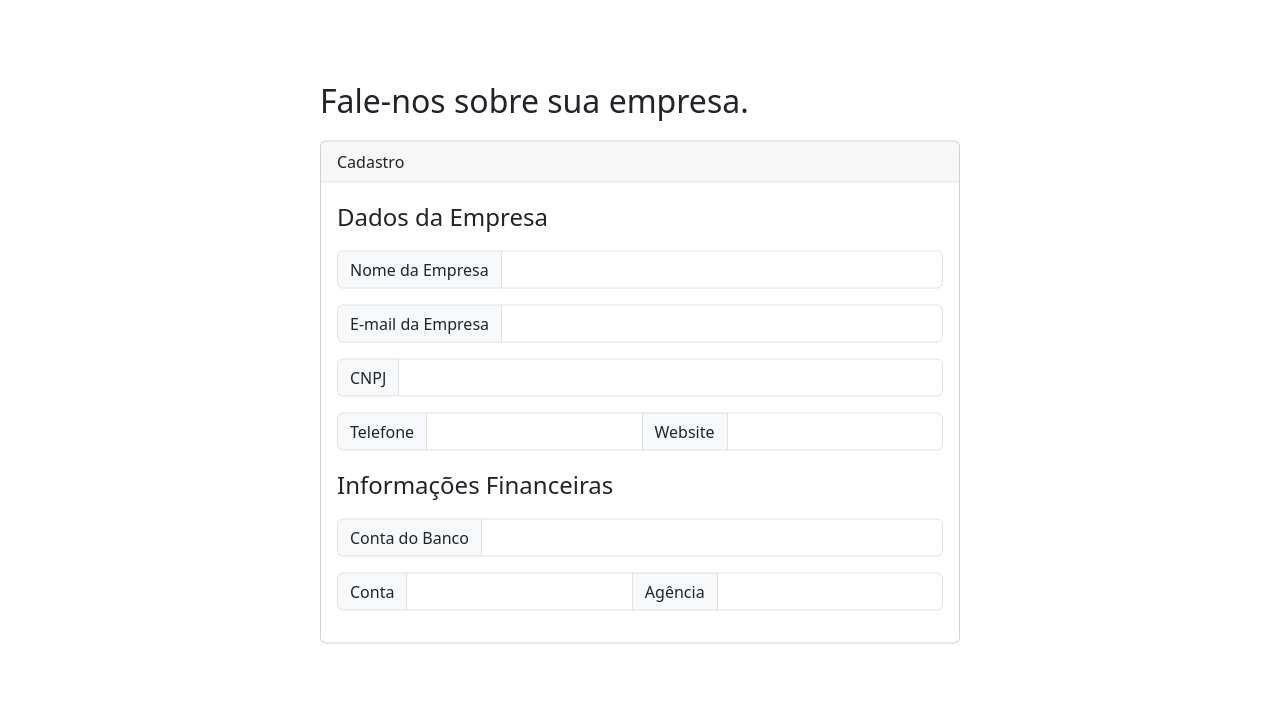
Repository: vandrecx/utilitaries
Page: http://localhost/login_archive/cadastro.php
The author's editor kept a copy of each file at every save. The page is drawn from the files as they stood at one save, then again after the next save.
The browser window is 1280 px wide. The pictures show the whole page.
The page is run by PHP 8.4 with error messages shown; the project is at /var/www/html/.

Above is the page before, as saved 2024-05-03 12:59:03.

### login_archive/cadastro.php
<?php

require_once 'Conn.php';
include 'funcoes.php';

?>

<!DOCTYPE html>
<html lang="en">
<head>
    <meta charset="UTF-8">
    <meta name="viewport" content="width=device-width, initial-scale=1.0">
    <link href="https://cdn.jsdelivr.net/npm/bootstrap@5.3.3/dist/css/bootstrap.min.css" rel="stylesheet" integrity="sha384-QWTKZyjpPEjISv5WaRU9OFeRpok6YctnYmDr5pNlyT2bRjXh0JMhjY6hW+ALEwIH" crossorigin="anonymous">
    <title>Página de Cadastro</title>
</head>
<body>
    <div style="width: 50%; justify-content: center; position: absolute; top: 50%; left: 50%; transform: translate(-50%, -50%);">
        <p class="fs-2">Fale-nos sobre sua empresa.</p>
        <div class="card">
            <div class="card-header">
                Cadastro
            </div>
            <div class="card-body">
                <p class="fs-4">Dados da Empresa</p>
                <form method="POST" action="UserSignUp.php">
                    <div class="input-group mb-3">
                        <span class="input-group-text" id="inputGroup-sizing-default">Nome da Empresa</span>
                        <input type="text" class="form-control" aria-label="Sizing example input" aria-describedby="inputGroup-sizing-default">
                    </div>
                    <div class="input-group mb-3">
                        <span class="input-group-text" id="inputGroup-sizing-default">E-mail da Empresa</span>
                        <input type="text" class="form-control" aria-label="Sizing example input" aria-describedby="inputGroup-sizing-default">
                    </div>
                    <div class="input-group mb-3">
                        <span class="input-group-text" id="inputGroup-sizing-default">CNPJ</span>
                        <input type="text" class="form-control" aria-label="Sizing example input" aria-describedby="inputGroup-sizing-default">
                    </div>
                    <div class="input-group mb-3">
                        <span class="input-group-text" id="inputGroup-sizing-default">Telefone</span>
                        <input type="text" class="form-control" aria-label="Sizing example input" aria-describedby="inputGroup-sizing-default">
                        <span class="input-group-text" id="inputGroup-sizing-default">Website</span>
                        <input type="text" class="form-control" aria-label="Sizing example input" aria-describedby="inputGroup-sizing-default">
                    </div>
                    <p class="fs-4">Informações Financeiras</p>
                    <div class="input-group mb-3">
                        <span class="input-group-text" id="inputGroup-sizing-default">Conta do Banco</span>
                        <input type="text" class="form-control" aria-label="Sizing example input" aria-describedby="inputGroup-sizing-default">
                    </div>
                    <div class="input-group mb-3">
                        <span class="input-group-text" id="inputGroup-sizing-default">Conta</span>
                        <input type="text" class="form-control" aria-label="Sizing example input" aria-describedby="inputGroup-sizing-default">
                        <span class="input-group-text" id="inputGroup-sizing-default">Agência</span>
                        <input type="text" class="form-control" aria-label="Sizing example input" aria-describedby="inputGroup-sizing-default">
                    </div>
                </form>
            </div>
        </div>
    </div>

</body>
</html>

### login_archive/Conn.php
<?php

//PDO (PHP DATA OBJECTS)

$pdo = new PDO("mysql:host=localhost; dbname=sistema; charset=UTF8", "root", ""); // REALIZA CONEXÃO COM PDO
$pdo->setAttribute(PDO::ATTR_ERRMODE, PDO::ERRMODE_EXCEPTION); // EXCEPTIONS

?>

### login_archive/funcoes.php
<?php

require_once 'Conn.php';

// FUNÇÃO RESPONSÁVEL POR SANITIZAR OS DADOS PASSADOS POR POST
function sanitizeData($input_name, $type){
    switch ($type){

        case 'text':
            return filter_input(INPUT_POST, $input_name, FILTER_SANITIZE_SPECIAL_CHARS);
            break;

        case 'email':
            $email = filter_input(INPUT_POST, $input_name, FILTER_SANITIZE_EMAIL);
            //VALIDAR EMAIL AQUI NO MEIO
            return $email;
            break;

        case 'url':
            return filter_input(INPUT_POST, $input_name, FILTER_SANITIZE_URL);
            break;

        case 'int':
            return filter_input(INPUT_POST, $input_name, FILTER_SANITIZE_NUMBER_INT);
            break;

        case 'float':
            return filter_input(INPUT_POST, $input_name, FILTER_SANITIZE_NUMBER_FLOAT);
            break;

        default:
            return $input_name;
    }
}

// GERA SENHA ALEATÓRIA DE 6 CARACTERES
function generatePassword(){
    $chars = 'abcdefghijklmnopqrstuvwxyzABCDEFGHIJKLMNOPQRSTUVWXYZ0123456789!@#$%^&*()-_=+';
    return substr(str_shuffle($chars), 0, 5) . substr(str_shuffle('ABCDEFGHIJKLMNOPQRSTUVWXYZ!@#$%^&*()-_=+'), 0, 1);
}

// ATUALIZA SENHA (usada em ForgotPassword.php)
function updatePass($newpass, $email, $pdo){

    try{

        $update = $pdo->prepare("UPDATE entidade SET s_password_entidade = :new_pass WHERE s_enterpriseemail_entidade = :s_enterpriseemail_entidade");
        $update->bindParam(':new_pass', $newpass);
        $update->bindParam(':s_enterpriseemail_entidade', $email);
        $update->execute();

    } catch(PDOException $err) {

        echo 'Erro na atualização: ' . $err;

    }

}

//ESCONDE EMAIL DE RECUPERAÇÃO PASSADO POR SESSION
function hideEmail(){

    session_start();

    $email = $_SESSION['pass_repair'];
    $encript_email = substr($email, 0, 5);
    $result_email = $encript_email . str_repeat("*", strlen($email) - 5);

    session_destroy();

    return $result_email;
}

?>

After the next save:
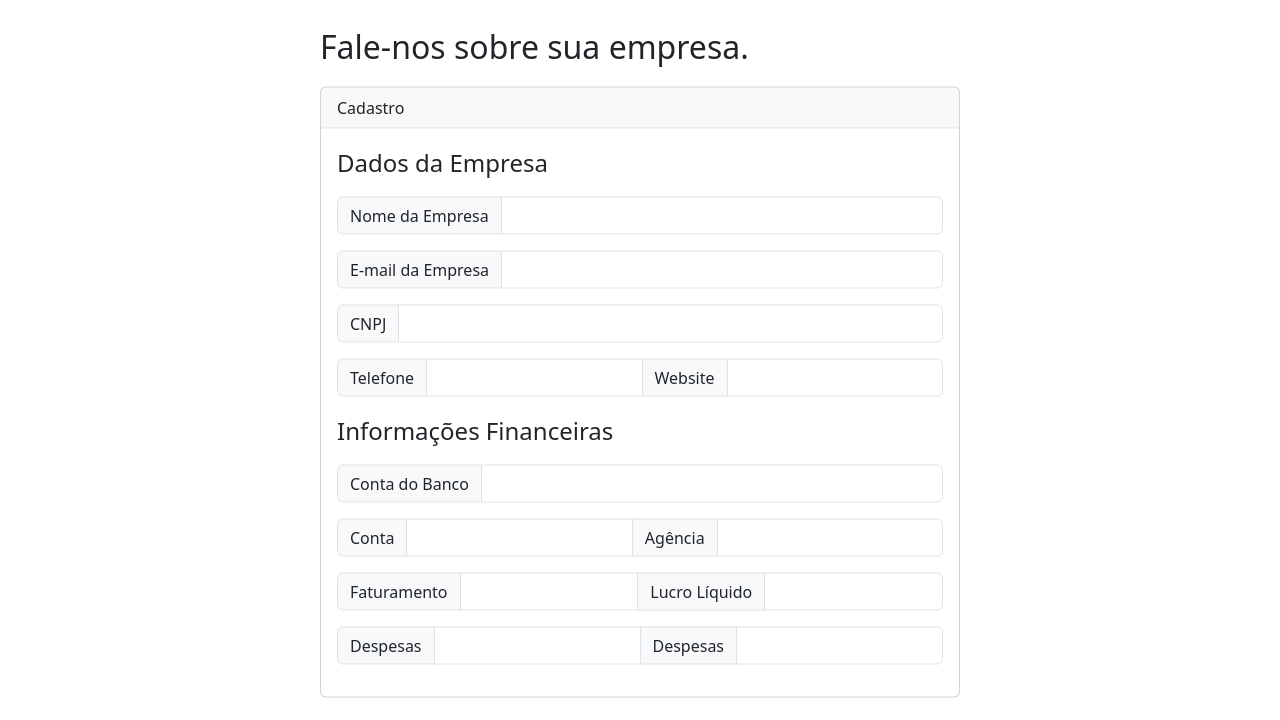
Saved 6 min 21 s later.
--- a/login_archive/cadastro.php
+++ b/login_archive/cadastro.php
@@ -52,6 +52,18 @@ include 'funcoes.php';
                         <span class="input-group-text" id="inputGroup-sizing-default">Agência</span>
                         <input type="text" class="form-control" aria-label="Sizing example input" aria-describedby="inputGroup-sizing-default">
                     </div>
+                    <div class="input-group mb-3">
+                        <span class="input-group-text" id="inputGroup-sizing-default">Faturamento</span>
+                        <input type="text" class="form-control" aria-label="Sizing example input" aria-describedby="inputGroup-sizing-default">
+                        <span class="input-group-text" id="inputGroup-sizing-default">Lucro Líquido</span>
+                        <input type="text" class="form-control" aria-label="Sizing example input" aria-describedby="inputGroup-sizing-default">
+                    </div>
+                    <div class="input-group mb-3">
+                        <span class="input-group-text" id="inputGroup-sizing-default">Despesas</span>
+                        <input type="text" class="form-control" aria-label="Sizing example input" aria-describedby="inputGroup-sizing-default">
+                        <span class="input-group-text" id="inputGroup-sizing-default">Despesas</span>
+                        <input type="text" class="form-control" aria-label="Sizing example input" aria-describedby="inputGroup-sizing-default">
+                    </div>
                 </form>
             </div>
         </div>
